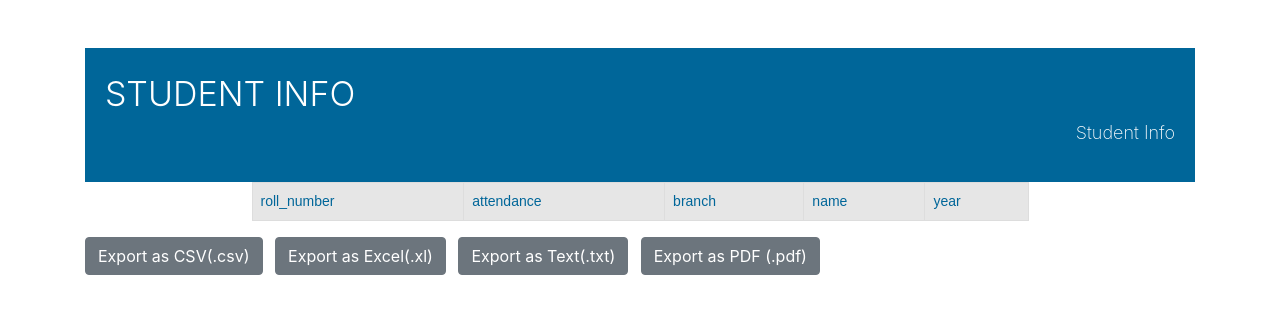
Repository: supranshu/CrystalReportGenerator
Page: http://localhost/produce_report
An editor plug-in stored every save of this project. The page is shown before and after the next save, followed by the edit.
The browser window is 1280 px wide. The pictures show the whole page.
The page is this project's Thymeleaf template; nobody is signed in. The template is opened directly, without the code that normally fills it, so the values that code supplies are empty.

Above is the page before, as saved 2023-08-07 13:01:21.

After the next save:
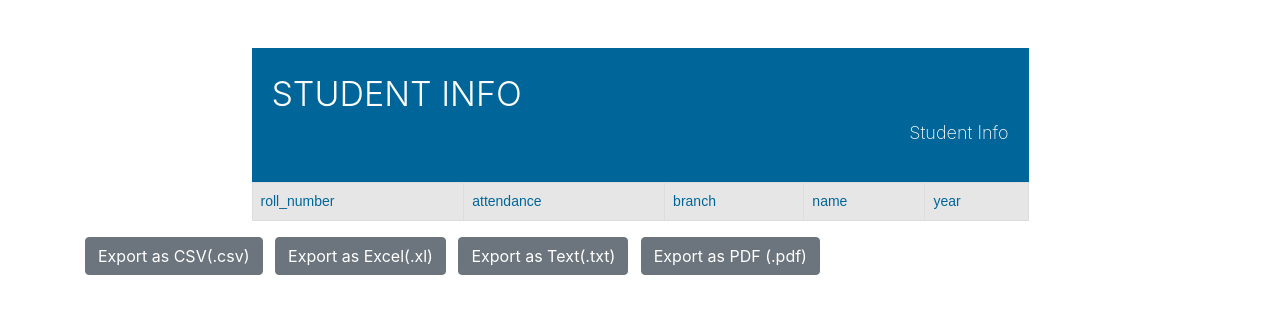
Saved 45 s later.
--- a/com.report/src/main/resources/templates/produce_report.html
+++ b/com.report/src/main/resources/templates/produce_report.html
@@ -13,9 +13,6 @@
             font-family: "Arial", sans-serif;
             width: 70%;
 	        margin: 0 auto; /* Center the table horizontally */
-
-
-
         }
 
         th, td {
@@ -43,6 +40,8 @@
             font-size: 34px;
             font-weight: 300;
             padding: 20px;
+            width: 70%;
+	        margin: 0 auto;
         }
         .page-header p{
         	text-align: right;
